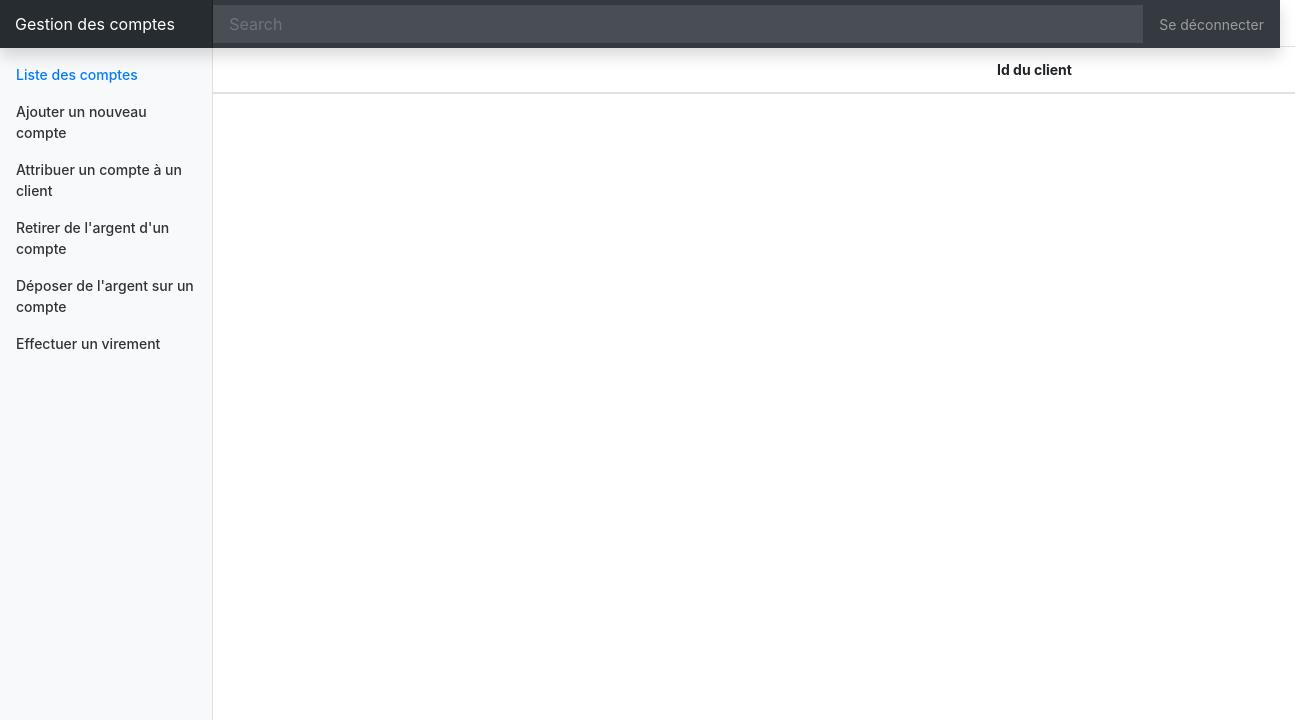
Repository: liiiseee/Projet
Page: http://localhost/02_projet_gestion_clients_compte/menu-comptes.jsp
These files come from the project's save history. The page is drawn as it stood at one moment and after the next save; the edit follows.
The browser window is 1280 px wide. The page is 1295 px wide, so the pictures cover 1295 px, including what lies to the right of the window. The pictures show the whole page.
The page is served by Tomcat 9. The template is opened directly, without the code that normally fills it, so the values that code supplies are empty.

Above is the page before, as saved 2020-03-30 14:54:28.

After the next save:
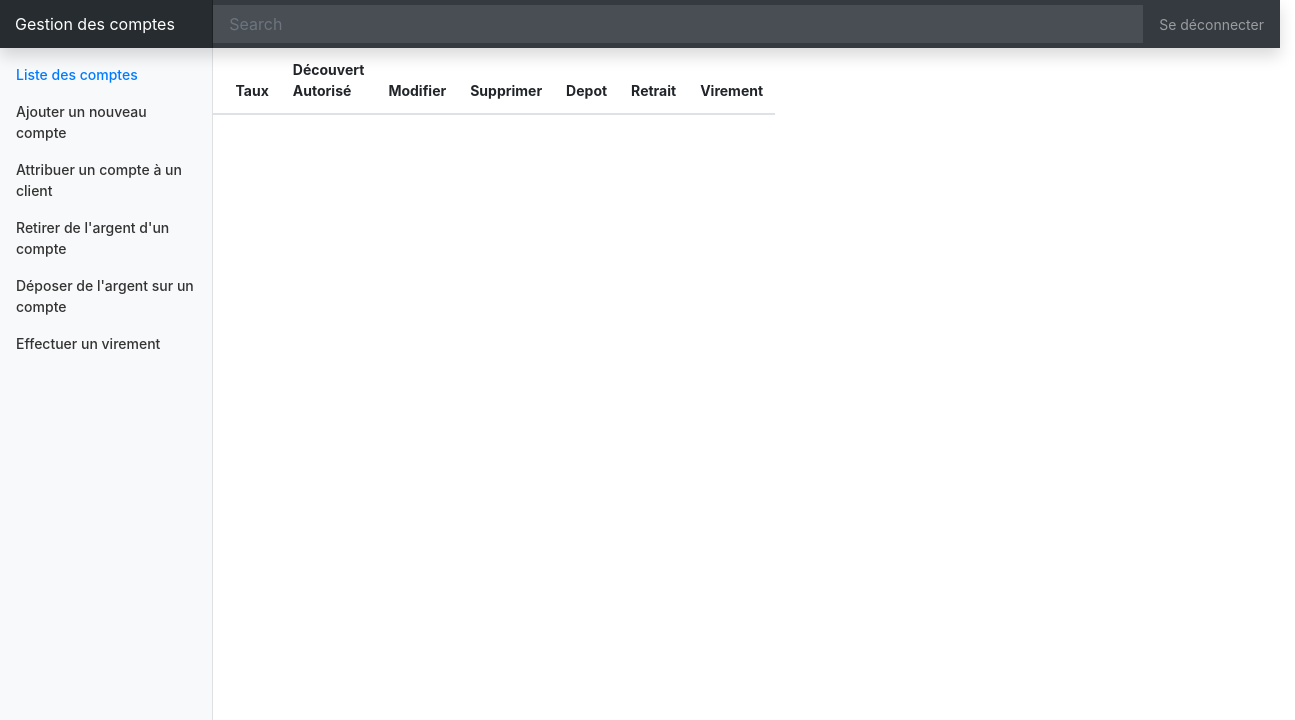
Saved 30 s later.
--- a/02_projet_gestion_clients_compte/WebContent/menu-comptes.jsp
+++ b/02_projet_gestion_clients_compte/WebContent/menu-comptes.jsp
@@ -100,7 +100,7 @@
    <h2>Liste des comptes</h2>
    <div class="row">
      <div class="table-responsive" >
-       <table  class="table table-striped" style="width: 10000px;">
+       <table  class="table table-striped" style="width: 500px;">
 
 
 
